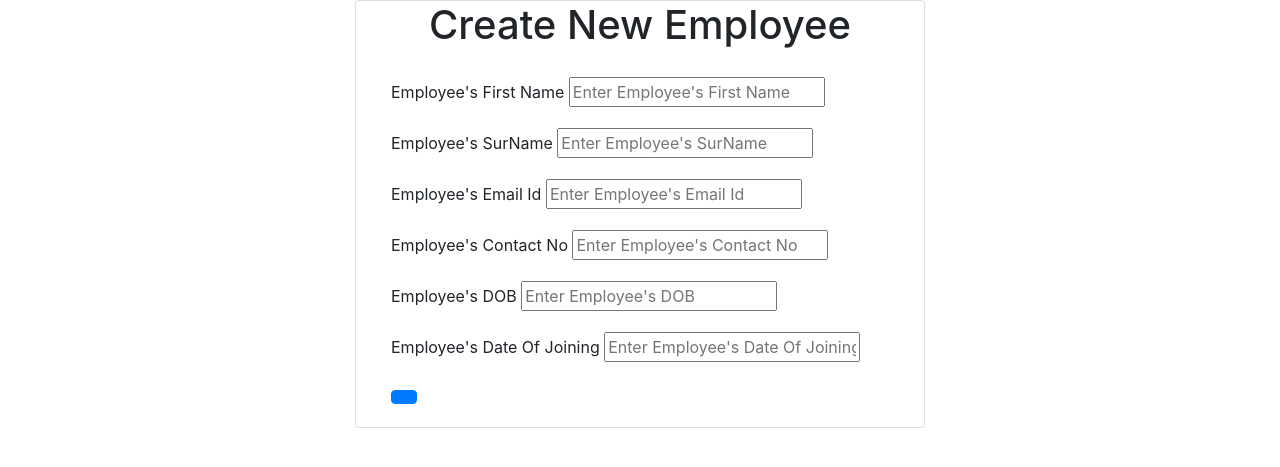
Repository: smrutiranjan-84/Assignment
Page: http://localhost/create_employee
These files come from the project's save history. The page is drawn as it stood at one moment and after the next save; the edit follows.
The browser window is 1280 px wide. The pictures show the whole page.
The page is this project's Thymeleaf template; nobody is signed in. The template is opened directly, without the code that normally fills it, so the values that code supplies are empty.

Above is the page before, as saved 2022-01-19 07:10:31.

After the next save:
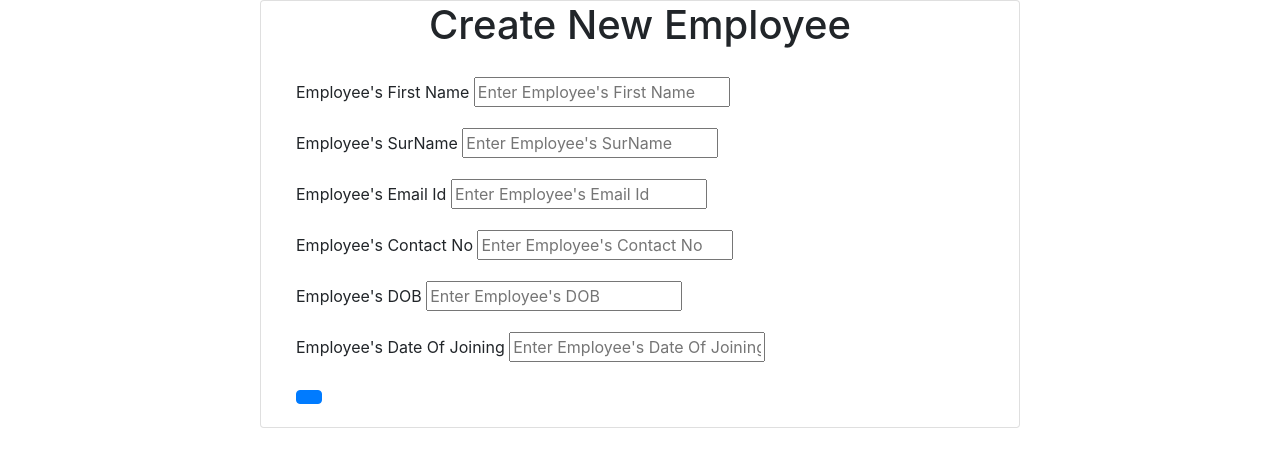
Saved 4 min 51 s later.
--- a/EmployeeApplication/src/main/resources/templates/create_employee.html
+++ b/EmployeeApplication/src/main/resources/templates/create_employee.html
@@ -11,7 +11,7 @@ crossorigin="anonymous">
 <body>
                <div class= "container">
                           <div class= "row">
-                <div class= "col-lg-6 col-md-6 col-sm-6 container justify-content-center card">
+                <div class= "col-lg-8 col-md-8 col-sm-8 container justify-content-center card">
                     <h1 class= "text-center">Create New Employee</h1>
                         <div class= "card-body">
           <form th:action="@{/employees}" th:object= "${employee}" method="post">
